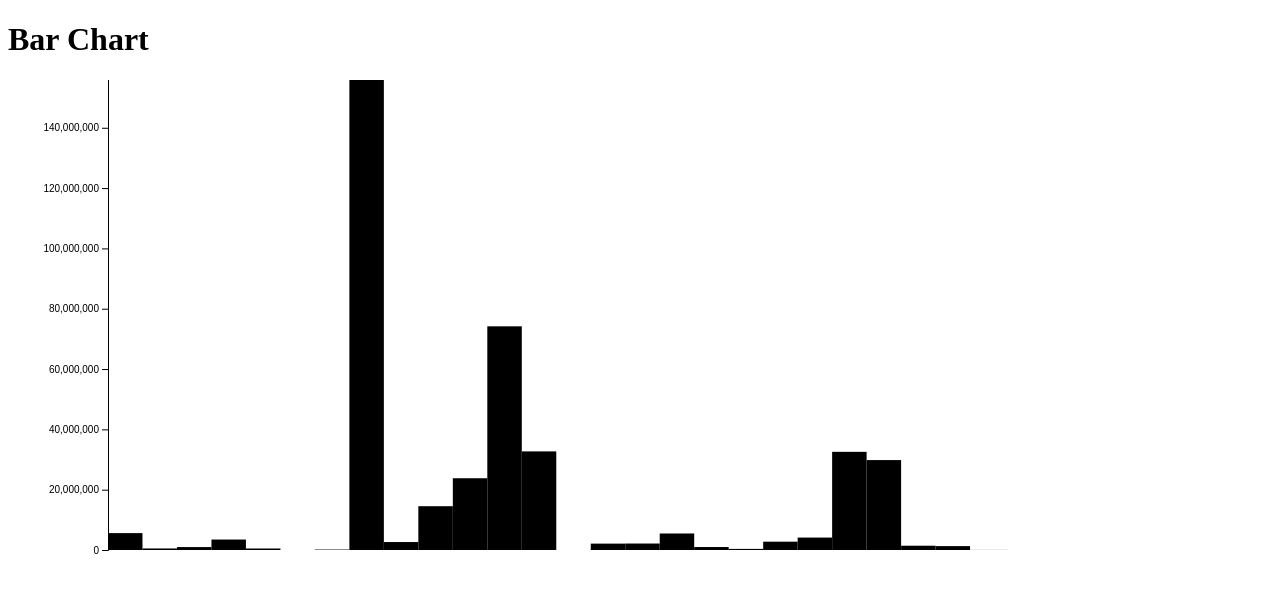
Repository: komalharjani/d3js-visualisation
Page: index.html
The author's editor kept a copy of each file at every save. The page is drawn from the files as they stood at one save, then again after a run of saves.
The browser window is 1280 px wide. The pictures show the whole page.

Above is the page before, as saved 2020-05-01 17:21:31.

### index.html
<!DOCTYPE html>
<html lang="en">
<head>
    <meta charset="UTF-8">
    <meta name="viewport" content="width=device-width, initial-scale=1.0">
    <title>Information Visualisation Practical 3</title>
</head>
<body>
    <div id="barChart"></div>
    <h1>Bar Chart</h1>

</body>
<script src="https://d3js.org/d3.v5.min.js"></script>
<script src="index.js"></script>
</html>

### index.js
//1. What the bar chart should represent -- Data
//2. Add CSS - colours
//3. Add Filters
//4. Add Transitions

//1. Average Data
//2. Draw Bar Chart

//Load Data
let dataPath = "data/energy.csv";
d3.csv(dataPath)
        .then(function (data) {

                //Nest Data into desired Format --> YEAR --> Region --> EnergySrc, Averages for Each EnergySrc
                var nestedData = d3.nest()
                        .key(function (d) {
                                return d.year;
                        })
                        .key(function (d) {
                                if (d.region != "combined" && d.type == "Total Electric Power Industry") {
                                        return d.region;
                                }
                        })
                        .key(function (d) {
                                if (d.energySrc == "Coal" || d.energySrc == "Petroleum" || d.energySrc == "Natural Gas" || d.energySrc == "Solar Thermal and Photovoltaic") {
                                        return d.energySrc;
                                }
                        })
                        //Form Averages for Each Year
                        .rollup(function (v) {
                                return {
                                        avg: d3.mean(v, function (d) {
                                                return parseInt(d.amount);
                                        })
                                };
                        })
                        .entries(data);
                console.log(nestedData);

                //Filter Data so that
                let filteredData = [];
                let getNestedData = nestedData.forEach(function (d) { //d = year
                        if (d.key == 1990) { //IF WANT ALL DATA FOR ALL YEARS REMOVE THIS
                                (d.values).forEach(function (e) { //e = region
                                        (e.values).forEach(function (f) { //f = energySrc
                                                if (e.key !== "undefined" && f.key !== "undefined") {
                                                        filteredData.push({
                                                                region: e.key,
                                                                year: d.key,
                                                                energy: f.key,
                                                                avg: f.value.avg,
                                                        })
                                                }
                                        })
                                })
                        }
                });
                console.log(filteredData);


                //Group Items into a Map
                function groupBy(list, keyGetter) {
                        const map = new Map();
                        list.forEach((item) => {
                                const key = keyGetter(item);
                                const collection = map.get(key);
                                if (!collection) {
                                        map.set(key, [item]);
                                } else {
                                        collection.push(item);
                                }
                        });
                        return map;
                }

                //Convert Map to Array
                const groupedByRegion = groupBy(filteredData, i => i.region);
                let mapToArray = Array.from(groupedByRegion.values());
                console.log(mapToArray);

                //Nest array by Region
                let finalData = [];
                for (let i = 0; i < mapToArray.length; i++) {
                        if (mapToArray[i][0].region == "west") {
                                finalData.push({
                                        region: mapToArray[i][0].region,
                                        values: mapToArray[i]
                                })
                        }
                        else if (mapToArray[i][0].region == "southeast") {
                                finalData.push({
                                        region: mapToArray[i][0].region,
                                        values: mapToArray[i]
                                })
                        }
                        else if (mapToArray[i][0].region == "southwest") {
                                finalData.push({
                                        region: mapToArray[i][0].region,
                                        values: mapToArray[i]
                                })
                        }
                        else if (mapToArray[i][0].region == "northeast") {
                                finalData.push({
                                        region: mapToArray[i][0].region,
                                        values: mapToArray[i]
                                })
                        }
                        else if (mapToArray[i][0].region == "midwest") {
                                finalData.push({
                                        region: mapToArray[i][0].region,
                                        values: mapToArray[i]
                                })
                        }
                }
                console.log(finalData);

                //FIGURE OUT HOW TO NEST BY YEAR
                let nestByYear = d3.nest()
                .key(function(d){
                        return d.region;
                })
                .entries(finalData);
                console.log(nestByYear);



                //OR nest by year after this
                //Scale Bands for bar chart --> categorical (x), amount (y)
                //First scale for region and second for energy - create nested scale
                //Loop through each nest
                //

                let randomData = [];

                // //Filter Data into new object
                for (let i = 0; i < data.length; i++) {
                        if (data[i].year == 1990 && data[i].region == "west" && data[i].type == "Total Electric Power Industry") {
                                randomData.push({
                                        region: data[i].region,
                                        amount: parseInt(data[i].amount),
                                        type: data[i].energySrc,
                                })
                        }
                }

                let width = 1000;
                let height = 500;
                let margin = 3;
                let barwidth = (width / nestedData.length);

                //Append to HTML Document
                let svg = d3.select("body")
                        .append("svg")
                        .attr("height", height)
                        .attr("width", width);

                /**
                 * Scales and Axis
                 */


                let yscale = d3.scaleLinear()
                        .domain([0, d3.max(randomData, d => d.amount)])
                        .range([0, height]);

                let yAxisScale = d3.scaleLinear()
                        .domain([0, d3.max(randomData, d => d.amount)])
                        .range([height, 0]);

                // Y Axis - Number
                let y_axis = d3.axisLeft().scale(yAxisScale);
                svg.append("g")
                        .attr("transform", "translate(100,-30)")
                        .call(y_axis);

                //X Axis - Ordinal
                // let x_axis = d3.axisBottom().scale(xscale);
                // var ordinalScale = d3.scale.ordinal()
                //         .domain(['Alice', 'Bob'])
                //         .range([0, 100]);


                //Barchart
                //NEED TICKS
                svg.selectAll("body") //add rectangles to all data
                        .data(randomData) //provide finals as dataset
                        .enter()
                        .append("rect")
                        .attr("y", function (d) {
                                return height - yscale(d.amount);
                        })
                        .attr("height", function (d) {
                                return yscale(d.amount);
                        })
                        .attr("width", barwidth)
                        .attr("transform", function (d, i) {
                                let translate = [100 + barwidth * i, -30];
                                return "translate(" + translate + ")";
                        })
                        .attr("fill", 'black');;

                svg.selectAll("body") //add rectangles to all data
                        .data(nestedData) //provide finals as dataset
                        .enter()
                        .append("rect")
                        .attr("class", "bar")
                        .attr("x", function (d) {
                                return d.key;
                        })
                        .attr("y", function (d) {
                                return d.values.map(function (d) {
                                        return d.values[0].amount;
                                }).values[0];
                        })
                        .attr("height", function (d) {
                                return d.values.map(function (d) {
                                        return yscale(d.values[0].amount);
                                }).values[0];
                        })
                        .attr("width", barwidth)
                        .attr("transform", function (d, i) {
                                let translate = [100 + barwidth * i, -30];
                                return "translate(" + translate + ")";
                        })
                        .attr("fill", 'black');;

                // Barchart Text
                // let text = svg.selectAll("text")
                //         .data(finals)
                //         .enter()
                //         .append("text")
                //         .text(function (d) {
                //                 return d.amount;
                //         })
                //         .attr("y", function (d, i) {
                //                 return height - xscale(d.amount) - 2;
                //         })
                //         .attr("x", function (d, i) {
                //                 return barwidth * i;
                //         })


        });

### index.css
body {
    margin: 0;
    position: fixed;
    top: 0;
    right: 0;
    left: 0;
}

.svg {
    width: 100%;
    height: 50%;
    background-color: aquamarine;
}

.bar {
    background-color: aquamarine;
}

After the next 2 saves:
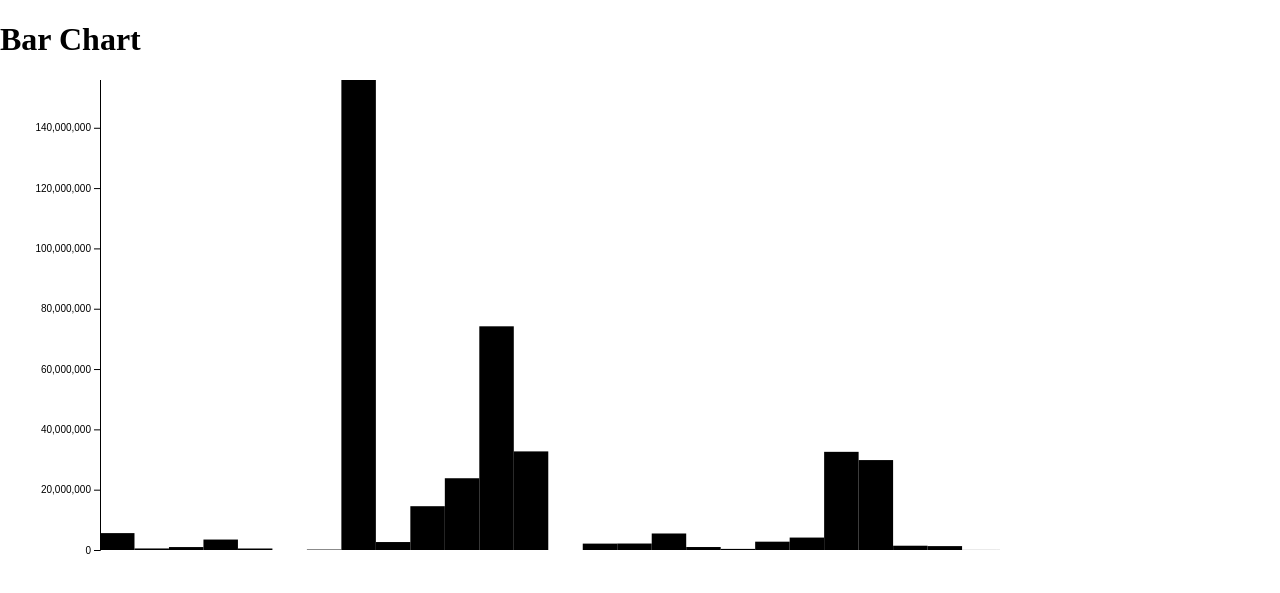
The 2 saves are shown as one change because they came seconds apart.
The last was saved 91 s later.
--- a/index.html
+++ b/index.html
@@ -4,6 +4,7 @@
     <meta charset="UTF-8">
     <meta name="viewport" content="width=device-width, initial-scale=1.0">
     <title>Information Visualisation Practical 3</title>
+    <link rel = "stylesheet" href = "index.css" />
 </head>
 <body>
     <div id="barChart"></div>
